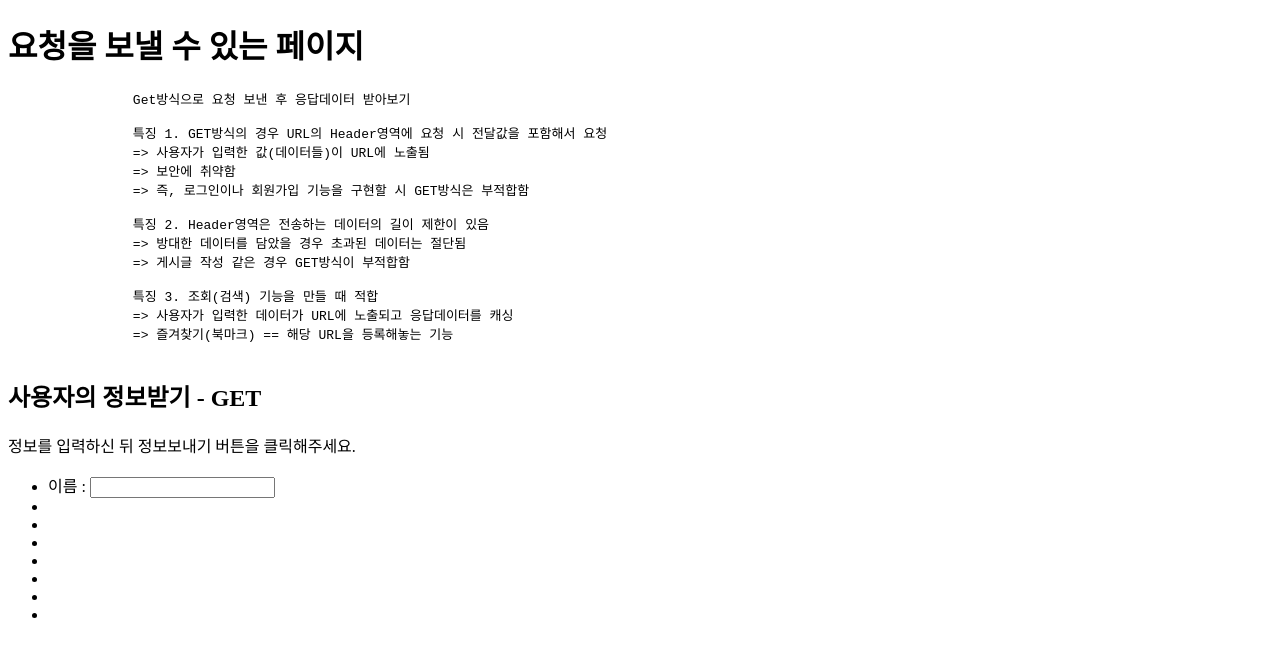
Repository: rlaehqkf/java_practice
Page: MyFirstWebProject/src/main/webapp/views/request_get.html
The author's editor kept a copy of each file at every save. The page is drawn from the files as they stood at one save, then again after the next save.
The browser window is 1280 px wide. The pictures show the whole page.

Above is the page before, as saved 2026-05-04 05:05:08.

After the next save:
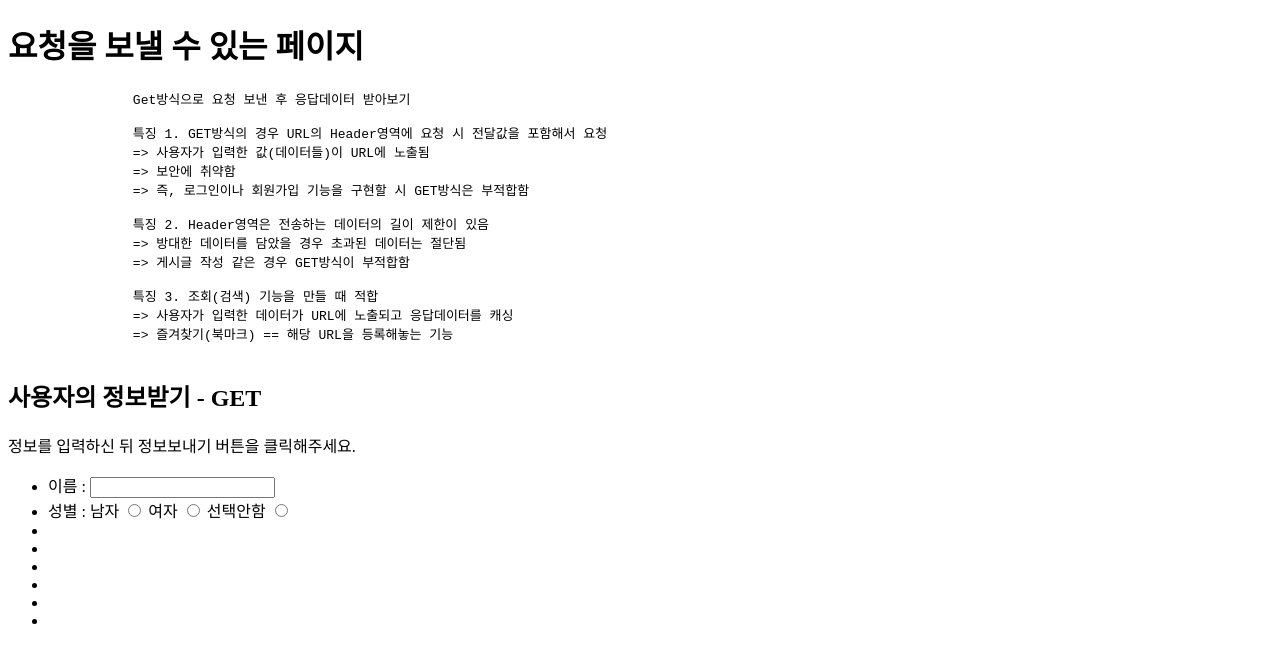
Saved 106 s later.
--- a/MyFirstWebProject/src/main/webapp/views/request_get.html
+++ b/MyFirstWebProject/src/main/webapp/views/request_get.html
@@ -31,9 +31,13 @@
 	<form method="get">
 		<ul>
 			<li>
-				이름 : <input type="text" />
+				이름 : <input type="text" name="name"/>
 			</li>
 			<li>
+				성별 :
+				남자 <input type="radio"/>
+				여자 <input type="radio"/>
+				선택안함 <input type="radio"/>
 
 			</li>
 			<li>
